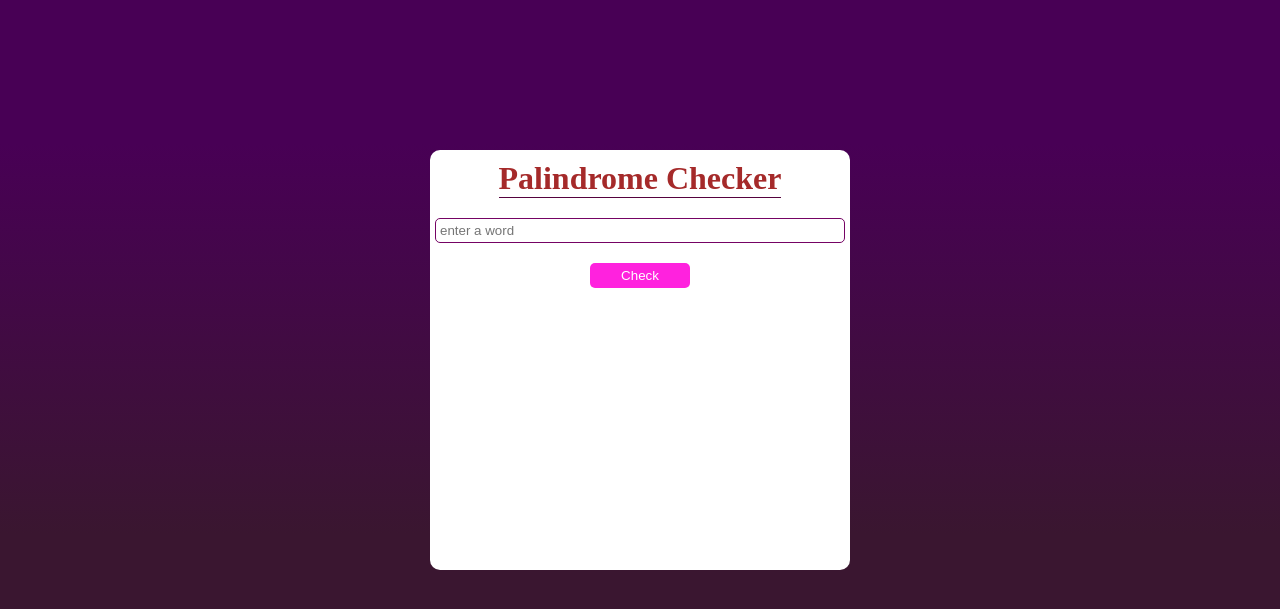
Repository: albinsabu2023/palindromeChecker
Page: index.html
An editor plug-in stored every save of this project. The page is shown before and after a run of saves, followed by the edit.
The browser window is 1280 px wide. The pictures show the whole page.

Above is the page before, as saved 2023-09-12 01:24:14.

After the next 3 saves:
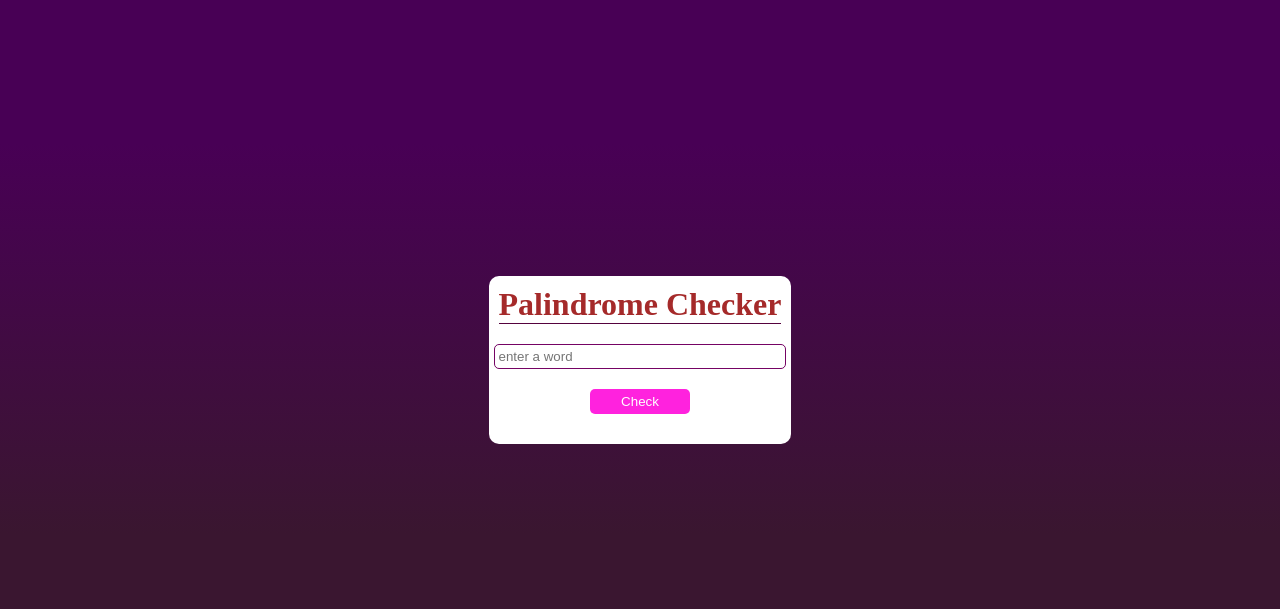
The 3 saves are shown as one change because they came seconds apart.
The last was saved 32 s later.
--- a/style.css
+++ b/style.css
@@ -19,8 +19,7 @@ body{
     align-items: center;
     /* justify-content: center; */
     gap: 20px;
-    width: 400px;
-    height: 400px;
+
 }
 .container h1{
     color: brown;
